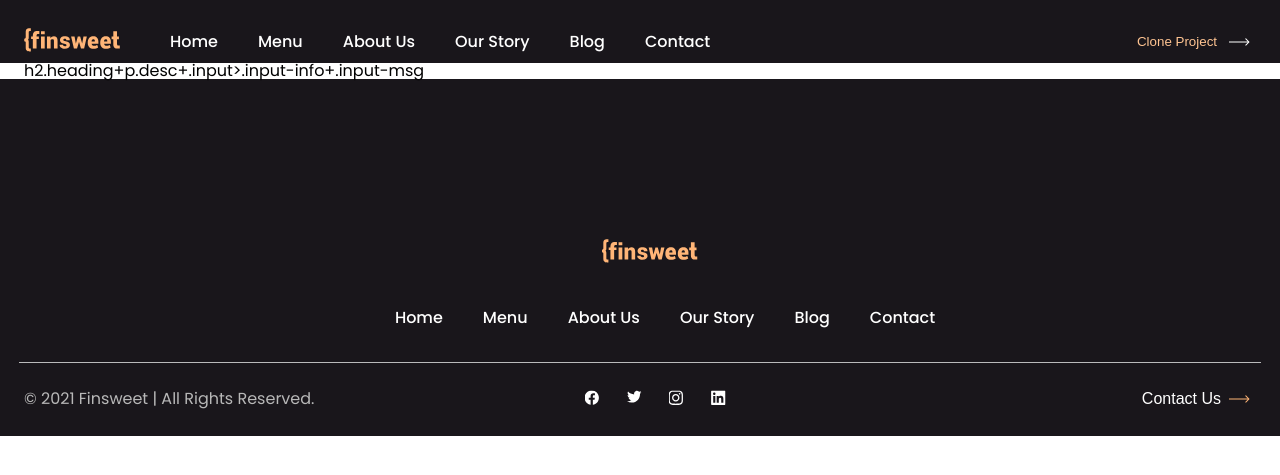
Repository: Minns-Cao/project-finsweet
Page: contact.html
These files come from the project's save history. The page is drawn as it stood at one moment and after the next save; the edit follows.
The browser window is 1280 px wide. The pictures show the whole page.
Some web fonts or font styles are not loaded; a fallback is used.

Above is the page before, as saved 2023-05-05 13:42:52.

After the next save:
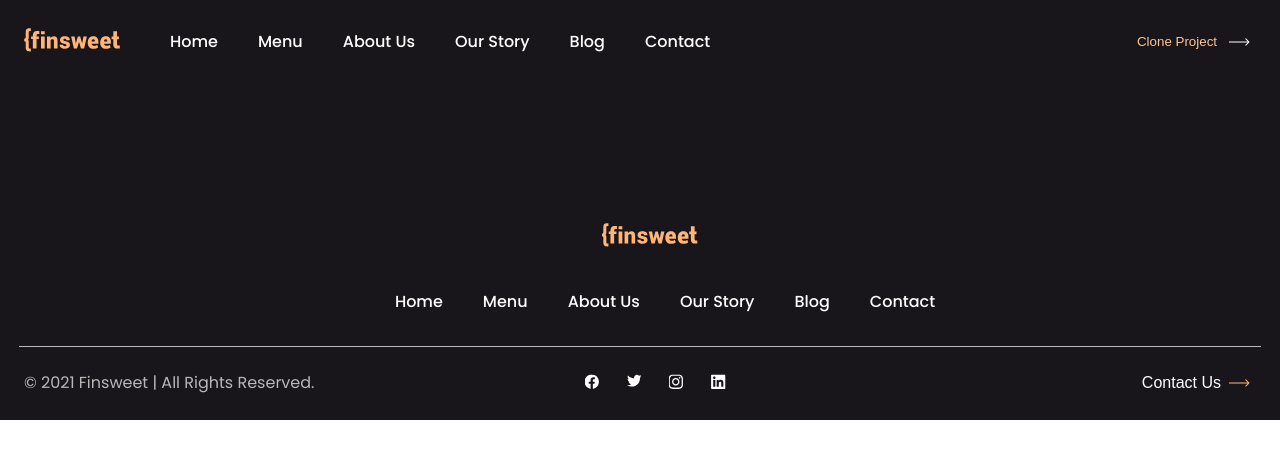
Saved 8 s later.
--- a/contact.html
+++ b/contact.html
@@ -143,7 +143,12 @@
             <div class="contact-us">
                 <div class="main-content">
                     <div class="left-column">
-                        h2.heading+p.desc+.input>.input-info+.input-msg
+                        <h2 class="heading"></h2>
+                        <p class="desc"></p>
+                        <div class="input">
+                            <div class="input-info"></div>
+                            <div class="input-msg"></div>
+                        </div>
                     </div>
                     <div class="right-column"></div>
                 </div>

After the 4 saves that followed:
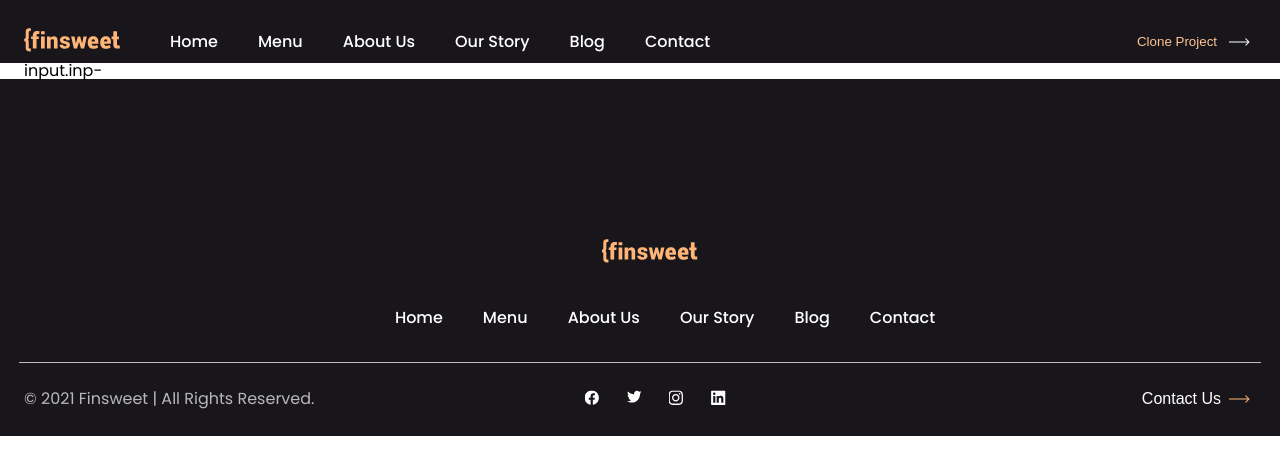
The 4 saves are shown as one change because they came seconds apart.
The last was saved 24 s later.
--- a/contact.html
+++ b/contact.html
@@ -146,7 +146,7 @@
                         <h2 class="heading"></h2>
                         <p class="desc"></p>
                         <div class="input">
-                            <div class="input-info"></div>
+                            <div class="input-info">input.inp-</div>
                             <div class="input-msg"></div>
                         </div>
                     </div>
